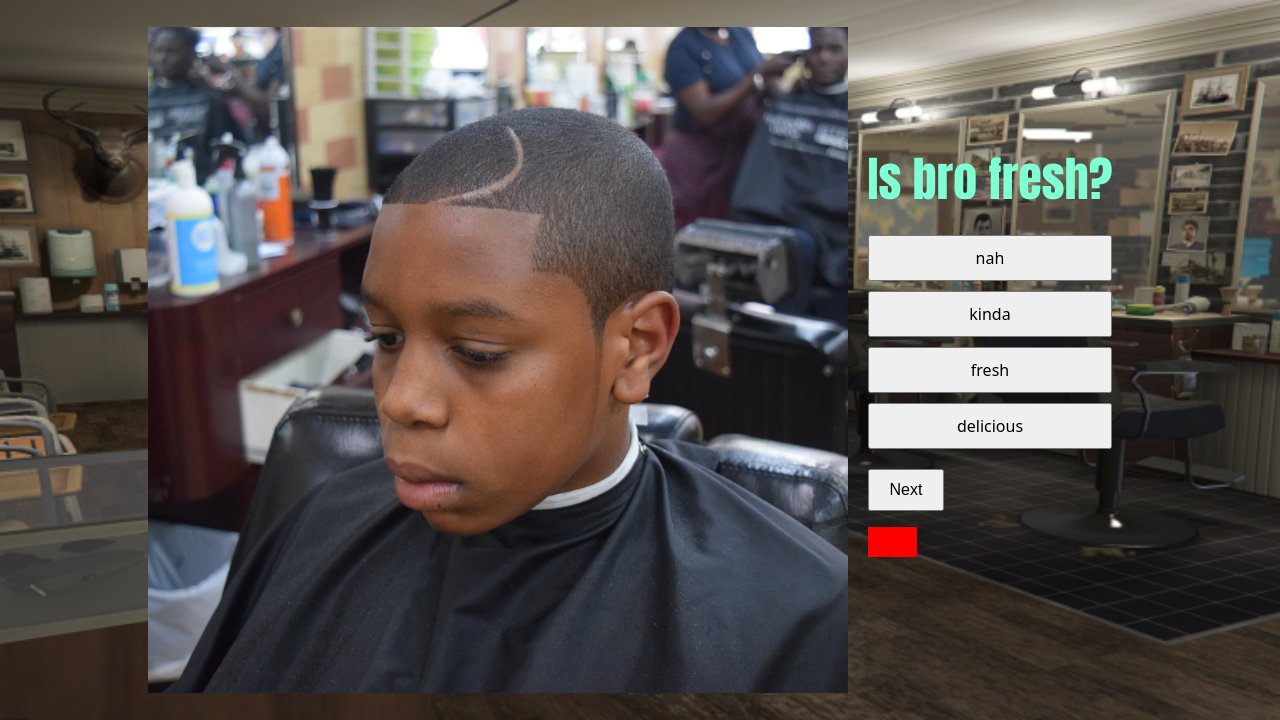
Repository: anderscederberg11/unhandledRuntimeError.json
Page: Henver/henver2.html
These files come from the project's save history. The page is drawn as it stood at one moment and after the next save; the edit follows.
The browser window is 1280 px wide. The pictures show the whole page.

Above is the page before, as saved 2024-05-24 19:47:55.

After the next save:
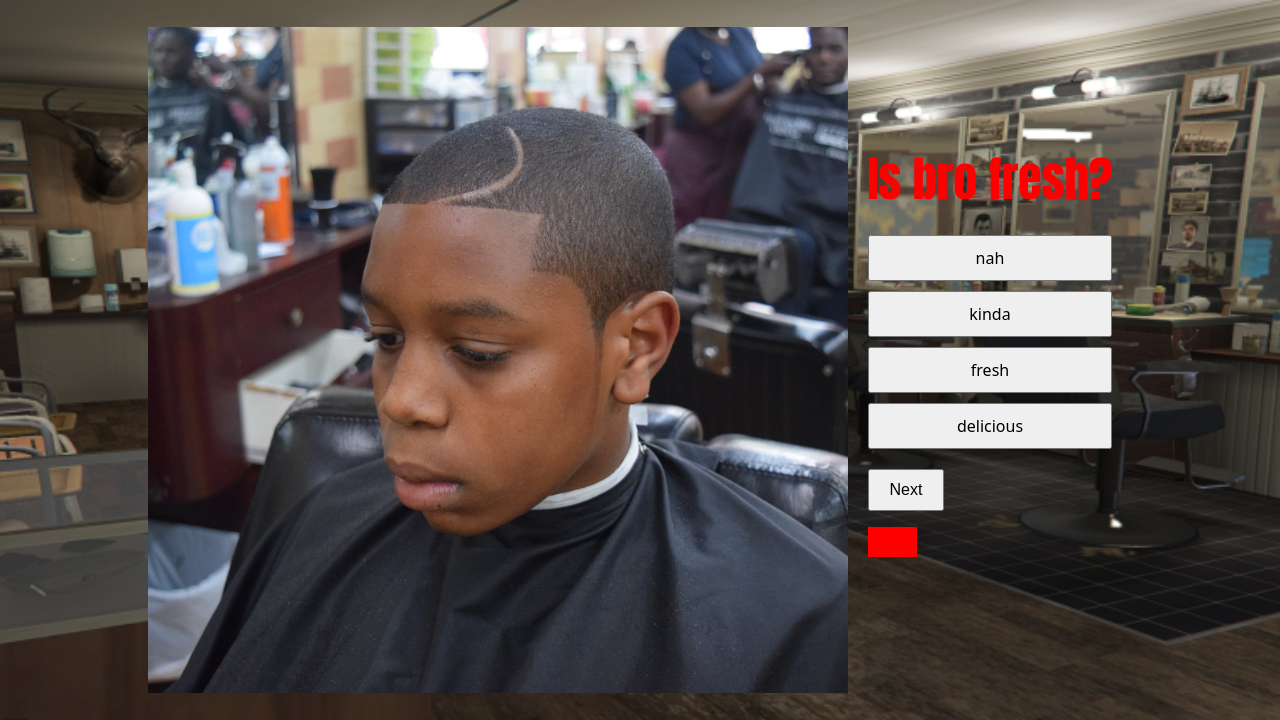
Saved 30 s later.
--- a/Henver/henver2.css
+++ b/Henver/henver2.css
@@ -27,7 +27,7 @@ body, html {
 
 #question {
     font-family: Impact, Haettenschweiler, 'Arial Narrow Bold', sans-serif;
-    color:aquamarine;
+    color:red;
     font-size: 3rem;
     margin-bottom: 20px;
 }
